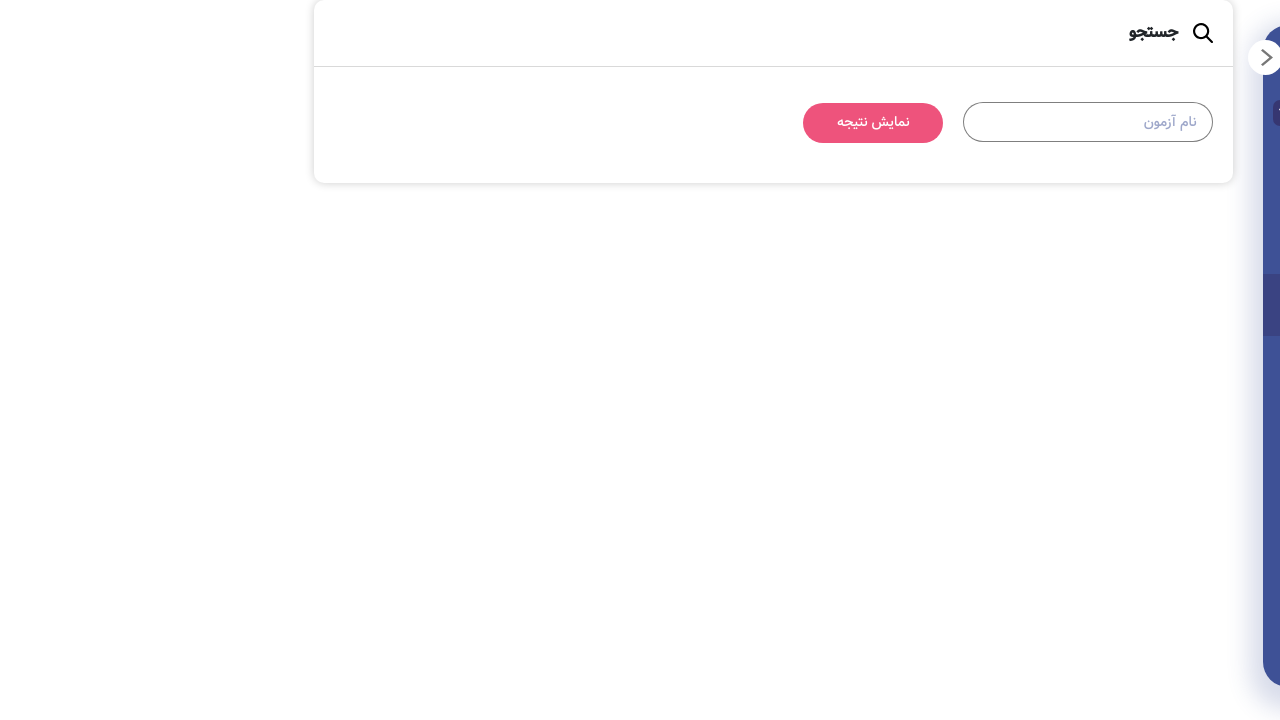
Repository: kosar78/quiz-online
Page: student-panel-myquiz.html
These files come from the project's save history. The page is drawn as it stood at one moment and after the next save; the edit follows.
The browser window is 1280 px wide. The pictures show the whole page.
The page's requests for data from a server got no answer.

Above is the page before, as saved 2022-01-09 13:42:25.

After the next save:
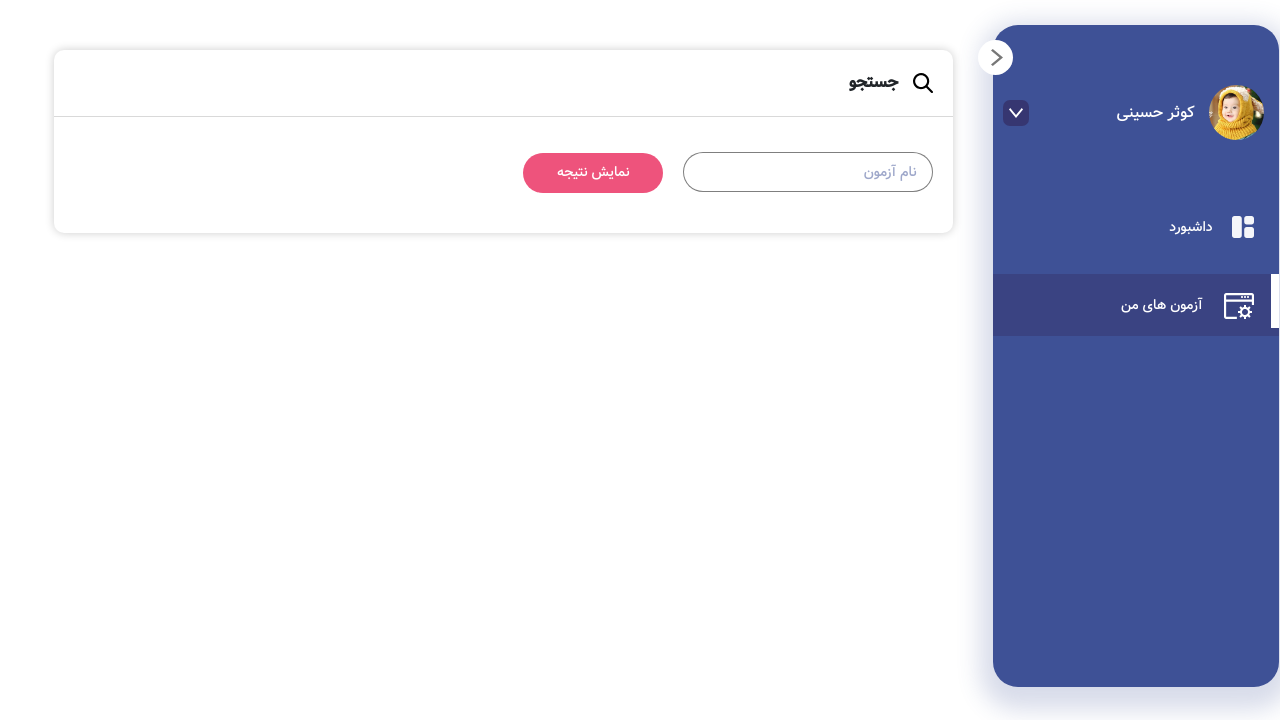
Saved 3 min 17 s later.
--- a/student-panel-myquiz.html
+++ b/student-panel-myquiz.html
@@ -96,26 +96,31 @@
 
                 </div>
             </div>
-            <div class="col-xl-9 col-md-9 left-side">
-                <div class="col-xl-12 search-box">
-                    <ul>
-                        <li>
-                            <img src="images/search-icon.svg" alt="">
-                        </li>
-                        <li class="search-tx">
-                            جستجو
-                        </li>
-                    </ul>
-                    <div class="line"></div>
-                    <ul class="search-input-ul">
-                        <li>
-                            <input type="text" name="search-name" id="quiz-name" placeholder="نام آزمون">
-                        </li>
 
-                        <li>
-                            <input class="show-result-btn" type="button" value="نمایش نتیجه">
-                        </li>
-                    </ul>
+
+            <div class="col-xl-9 col-md-9 quizlist-left-side left-side">
+                <img src="images/menubar.svg" alt="" class="menubar hide">
+                <div class="row main-row-left">
+                    <div class="col-xl-12 search-box">
+                        <ul>
+                            <li>
+                                <img src="images/search-icon.svg" alt="">
+                            </li>
+                            <li class="search-tx">
+                                جستجو
+                            </li>
+                        </ul>
+                        <div class="line"></div>
+                        <ul class="search-input-ul">
+                            <li>
+                                <input type="text" name="search-name" id="quiz-name" placeholder="نام آزمون">
+                            </li>
+
+                            <li>
+                                <input class="show-result-btn" type="button" value="نمایش نتیجه">
+                            </li>
+                        </ul>
+                    </div>
                 </div>
             </div>
         </div>
